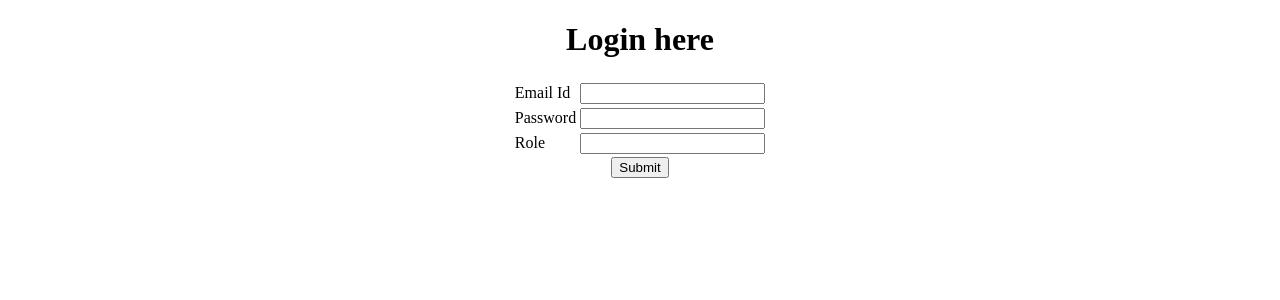
Repository: pawankas/Java_Mini_Project
Page: http://localhost/AirReservation/Login
An editor plug-in stored every save of this project. The page is shown before and after the next save, followed by the edit.
The browser window is 1280 px wide. The pictures show the whole page.
The page is served by Tomcat 9. Other server files are loaded and not shown.

Above is the page before, as saved 2022-03-14 03:38:47.

### final/AirReservation/WebContent/loginuser.jsp
<%@ page language="java" contentType="text/html; charset=ISO-8859-1"
	pageEncoding="ISO-8859-1"%>
<!DOCTYPE html>
<html>
<head>
<meta charset="ISO-8859-1">
<title>Insert title here</title>
</head>
<body>
	<div align="center">
		<h1>Login here</h1>
		<form action="<%=request.getContextPath()%>/Login" method="post">
			<table style="with: 80%">
				<tr>
					<td>Email Id</td>
					<td><input type="text" name="emailid" /></td>
				</tr>
				<tr>
					<td>Password</td>
					<td><input type="Password" name="password" /></td>
				</tr>
				<tr>
					<td>Role</td>
					<td><input type="Role" name="role" /></td>
				</tr>
			</table>
			<input type="submit" value="Submit" />
		</form>
	</div>
</body>
</html>

### final/AirReservation/src/com/cybage/controller/UserLogin.java
package com.cybage.controller;

import java.io.IOException;

import javax.servlet.RequestDispatcher;
import javax.servlet.ServletException;
import javax.servlet.annotation.WebServlet;
import javax.servlet.http.HttpServlet;
import javax.servlet.http.HttpServletRequest;
import javax.servlet.http.HttpServletResponse;
import javax.servlet.http.HttpSession;

import com.cybage.dao.LoginDao;
import com.cybage.model.User;

/**
 * Servlet implementation class LoginServlet
 */
@WebServlet("/Login")
public class UserLogin extends HttpServlet {
	private static final long serialVersionUID = 1L;

	protected void doGet(HttpServletRequest request, HttpServletResponse response) throws ServletException, IOException {
		RequestDispatcher rd=request.getRequestDispatcher("loginuser.jsp");
		rd.forward(request, response);
	}

	/**
	 * @see HttpServlet#doPost(HttpServletRequest request, HttpServletResponse response)
	 */
	protected void doPost(HttpServletRequest request, HttpServletResponse response) throws ServletException, IOException {
		LoginDao loginDao = new LoginDao();

		String emailid = request.getParameter("emailid");
		String password = request.getParameter("password");
		String role = request.getParameter("role");
		User u=loginDao.getUser(emailid, password, role);
		if(u==null) {
			request.setAttribute("text", "Unsuccessful login");
			System.out.println("Error Login in");
		}else if(u.getRole() == "Admin"){
			request.setAttribute("text", "Successful login");
			RequestDispatcher rd=request.getRequestDispatcher("FlightList.jsp");
			System.out.println("Admin Logged in Successfully!");
			rd.forward(request, response);
		}else if(u.getRole() == "User"){
			request.setAttribute("text", "Successful login");
			RequestDispatcher rd=request.getRequestDispatcher("Home.jsp");
			System.out.println("User Logged in Successfully!");
		}

//		RequestDispatcher rd=request.getRequestDispatcher("Home.jsp");


		System.out.println(u);


	}

}

After the next save:
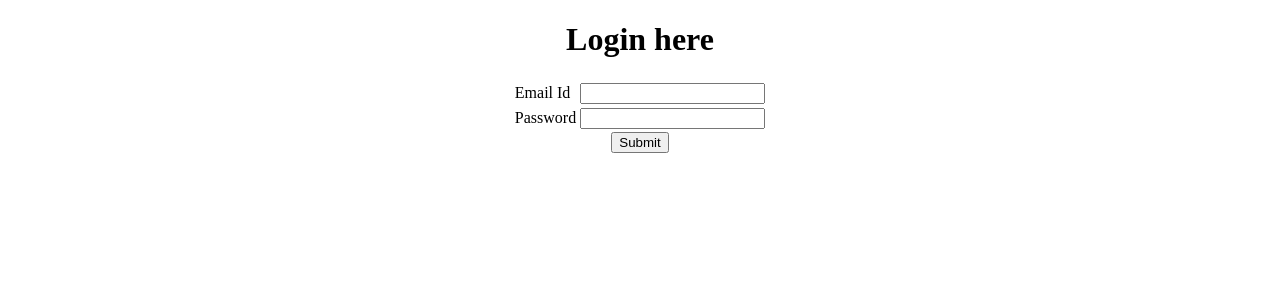
Saved 39 s later.
--- a/final/AirReservation/WebContent/loginuser.jsp
+++ b/final/AirReservation/WebContent/loginuser.jsp
@@ -19,10 +19,7 @@
 					<td>Password</td>
 					<td><input type="Password" name="password" /></td>
 				</tr>
-				<tr>
-					<td>Role</td>
-					<td><input type="Role" name="role" /></td>
-				</tr>
+
 			</table>
 			<input type="submit" value="Submit" />
 		</form>
